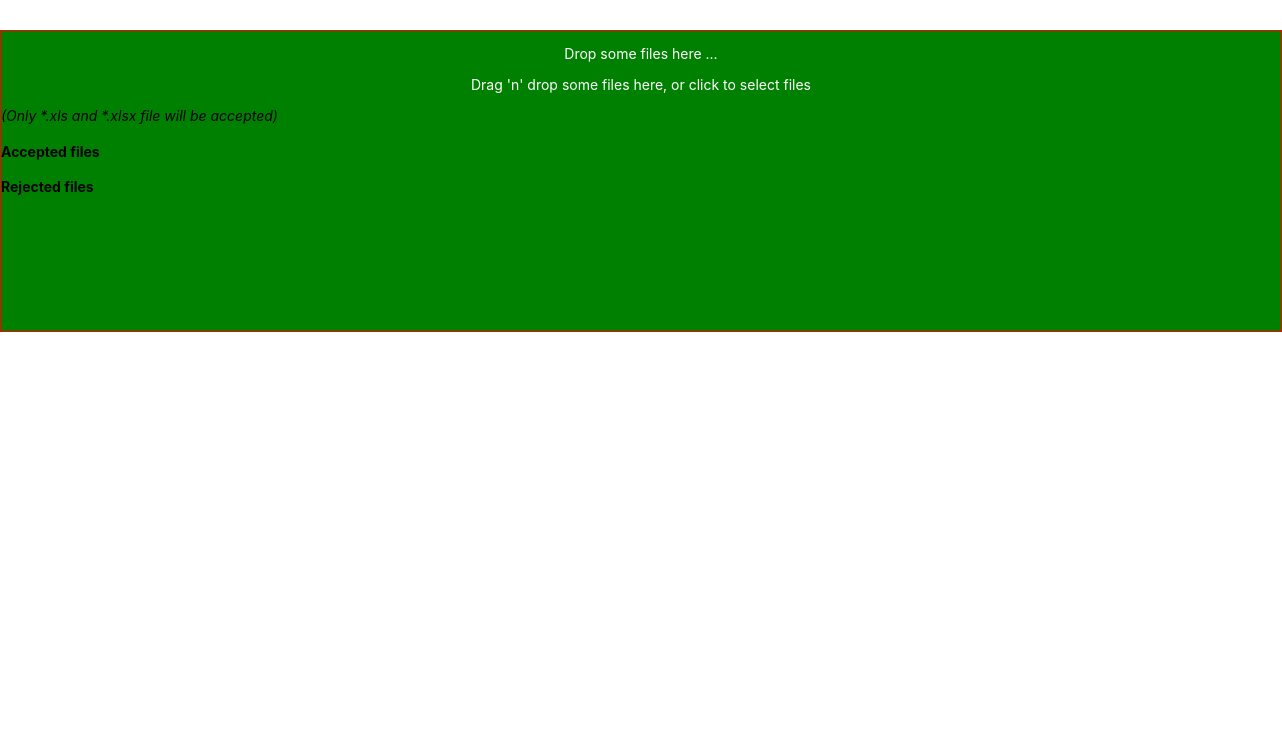
Repository: enigmawxy/abi2020
Page: /
An editor plug-in stored every save of this project. The page is shown before and after the next save, followed by the edit.
The browser window is 1280 px wide. The page is 1282 px wide, then 1280 px, so the pictures cover 1282 px, including what lies to the right of the window. The pictures show the whole page.
The page's requests for data from a server got no answer. The project was rebuilt for these pictures with package versions that can differ from the ones it lists, and the page was loaded fresh each time. No one was signed in, and anything a server would have sent is missing. Also part of the build but not shown: src/components/login/login.scss, src/components/login/login.jsx, src/common/header.scss, src/common/header.jsx, src/common/footer.scss, src/common/footer.jsx, src/components/register/content.scss, src/components/register/content.jsx and 3 more.

Above is the page before, as saved 2020-08-19 10:35:27.

### src/App.js
import React from 'react';
import './App.css';
import Login from './components/login/login'
import Register from './components/register/register';
import Accept from './common/Accept';
import Previews from './common/Previews'

function App() {
  return (
    <div className="App">
      <Accept/>
    </div>
  );
}

export default App;

### src/common/Accept.jsx
import React, { useState, useEffect } from 'react';
import {useDropzone} from 'react-dropzone';
import './Accept.scss'

function Accept(props) {
  const [uploaded, setUpload] = useState({uploaded: false})
  const [progress, setProgress] = useState({progress: "0%"})
  const [info, setInfo] = useState({info: ""})
  const [curr, setFile] = useState('')
  const [currFile, setCurrFile] = useState(null)

  const {
    acceptedFiles,
    fileRejections,
    getRootProps,
    getInputProps,
    isDragActive,
    isDragAccept,
    isDragReject
  } = useDropzone({
    accept: ".csv,application/vnd.ms-excel,application/vnd.openxmlformats-officedocument.spreadsheetml.sheet"
  });

  useEffect(()=>{
    console.log(curr, currFile)
    let serverURL = "http://localhost:9093/manage/bi/uploadExcelTest"
    const xhr = new XMLHttpRequest();
    const fd = new FormData();
    xhr.onreadystatechange = function() {
      if (xhr.readyState === 4 && xhr.status === 200) {
          console.log(xhr.responseText)
          setInfo(xhr.responseText)
      }
    };

    xhr.upload.addEventListener("progress", function(event) {
      if(event.lengthComputable){
          setProgress(Math.ceil(event.loaded * 100 / event.total) + "%")
      }
    }, false);

    fd.append("file", currFile);
    xhr.open("POST", serverURL, true);
    xhr.send(fd);
  }, [curr])

  const acceptedFileItems = acceptedFiles.map(file => {
    // 上传文件, 下面几行代码是为了解决重复上传的问题，因为拖拽时
    // 这个功能不断被调用，文件都是同一个文件所以使用这两个变量来实现
    // 文件上传的动作在useEffect副作用中执行。
    if(curr == '') {
      setFile(file.name)
      setCurrFile(file)
    }
    else {
      if(curr !== file.name) {
        setFile(file.name)
        setCurrFile(file)
      }
    }

    return (
      <li key={file.path}>
        {file.path} - {file.size} bytes
      </li>
    )
  });

  const fileRejectionItems = fileRejections.map(({ file, errors }) => {
    console.log(file);
    return (
      <li key={file.path}>
        {file.path} - {file.size} bytes
        <ul>
          {errors.map(e => (
            <li key={e.code}>{e.message}</li>
          ))}
        </ul>
      </li>
  )});

  return (
    <section className="container">
      <div {...getRootProps({ className: 'dropzone' })}>
        <input {...getInputProps()} />
        {isDragAccept && (<p>All files will be accepted</p>)}
        {isDragReject && (<p>Some files will be rejected</p>)}
        {!isDragActive && (<p>Drop some files here ...</p>)}
        <p>Drag 'n' drop some files here, or click to select files</p>
        <em>(Only *.xls and *.xlsx file will be accepted)</em>
        {/* <div class="progress-bar">
          <div class="progress"  id="progress" style="{width: ${progress}}"></div>
        </div>
        <p id="info" innerHTML={info}></p> */}
      </div>
      <aside>
        <h4>Accepted files</h4>
        <ul>{acceptedFileItems}</ul>
        <h4>Rejected files</h4>
        <ul>{fileRejectionItems}</ul>
      </aside>
    </section>
  );
}

export default Accept

### src/common/Accept.scss
.container {
    width: 100%;
    height: 300px;
    margin-top: 30px;
    background: green;
    border: 1px solid red;
    p {
        text-align: center;
        color: #fff;
    }
}

.progress-bar {
    border: 1px solid #000;
    .progress {
        width: 0;
        background: #DEDEDE;
        height: 20px;
    }
}

Loaded but not shown: src/index.js (common file); src/index.css (common file); src/serviceWorker.js (common file); src/App.css (common file)

After the next save:
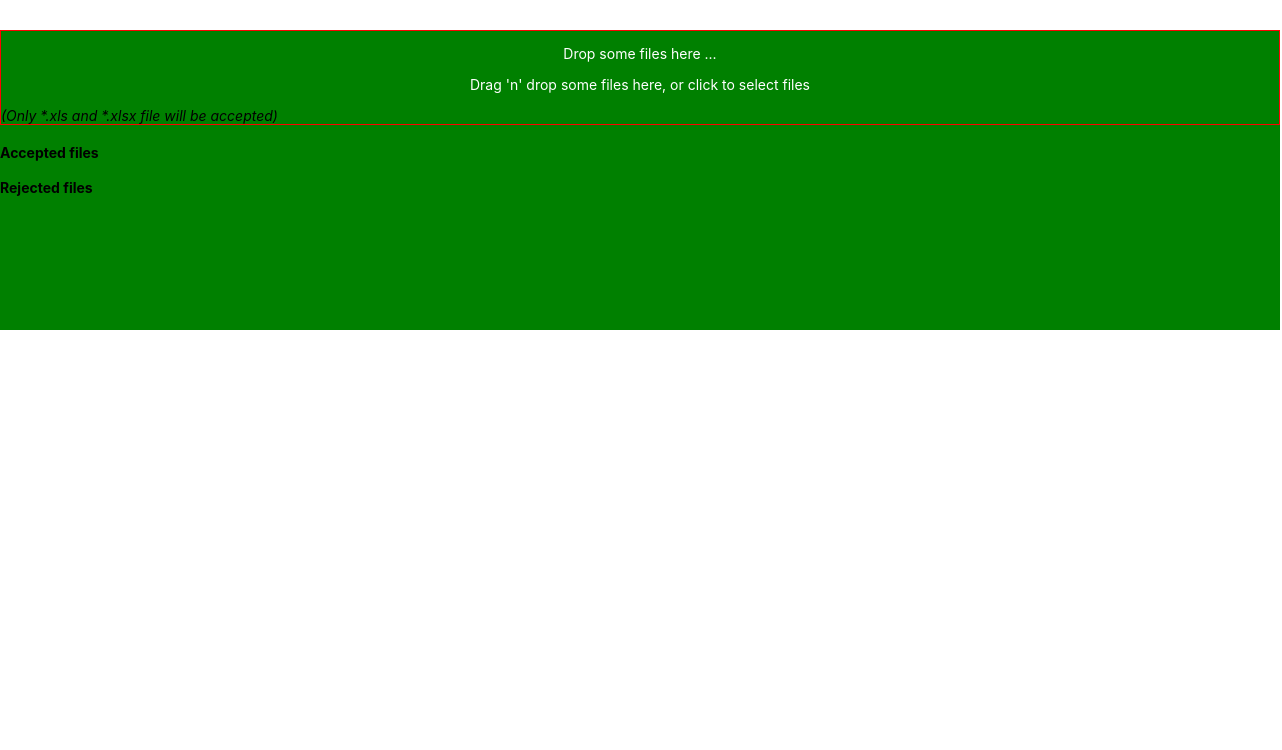
Saved 3 min 40 s later.
--- a/src/common/Accept.scss
+++ b/src/common/Accept.scss
@@ -3,7 +3,9 @@
     height: 300px;
     margin-top: 30px;
     background: green;
-    border: 1px solid red;
+    .dropzone {
+        border: 1px solid red;
+    }
     p {
         text-align: center;
         color: #fff;
